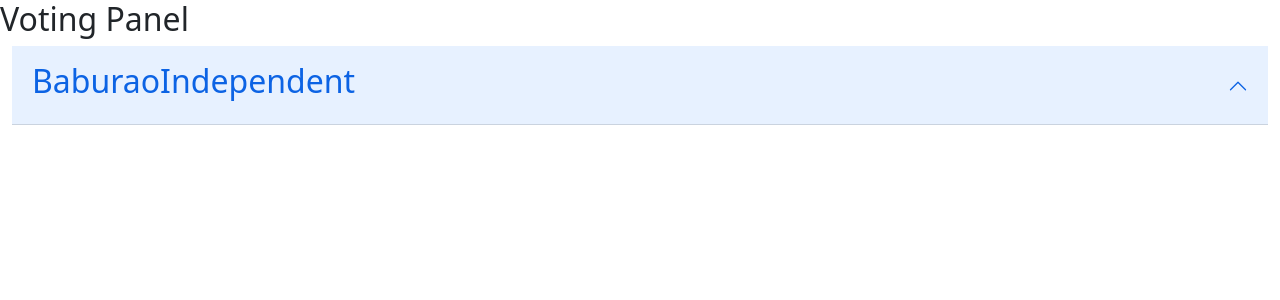
Repository: DavidManiIbrahim/Voting-app
Page: panel.html
An editor plug-in stored every save of this project. The page is shown before and after a run of saves, followed by the edit.
The browser window is 1280 px wide. The pictures show the whole page.

Above is the page before, as saved 2025-01-20 05:17:10.

### panel.html
<!DOCTYPE html>
<html lang="en">
<head>
    <meta charset="UTF-8">
    <meta name="viewport" content="width=device-width, initial-scale=1.0">
    <title>Voting Panel</title>
    <link rel="stylesheet" href="./bootstrap.css">
</head>
<body>

<h2>Voting Panel</h2>

    <div class="container-fluid">
        <button class="accordion-button">
            <h2 class="accor">Baburao</h2>
            <img src="" alt="">

            <h2 class="">Independent</h2>
            <img src="" alt="">
        </button>

    </div>








<script src="./bootstrap.min.js"></script>
</body>
</html>

Loaded but not shown: bootstrap.css (library); bootstrap.min.js (library)

After the next 2 saves:
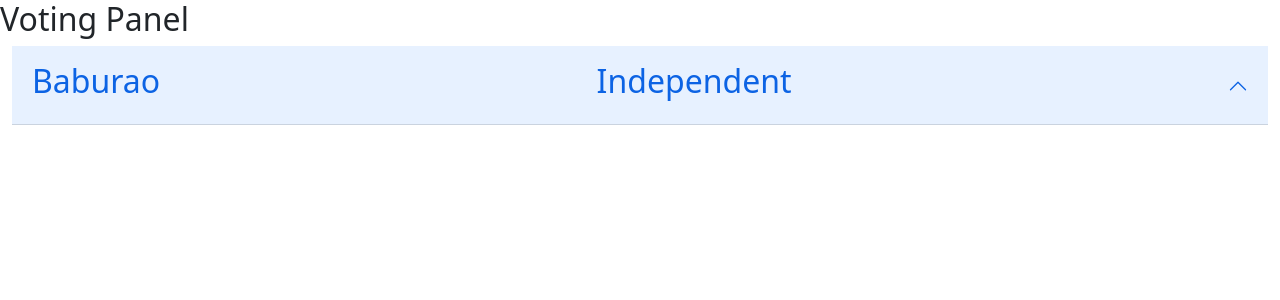
The 2 saves are shown as one change because they came seconds apart.
The last was saved 11 s later.
--- a/panel.html
+++ b/panel.html
@@ -15,7 +15,7 @@
             <h2 class="accor">Baburao</h2>
             <img src="" alt="">
 
-            <h2 class="">Independent</h2>
+            <h2 class="ms-auto">Independent</h2>
             <img src="" alt="">
         </button>
 
